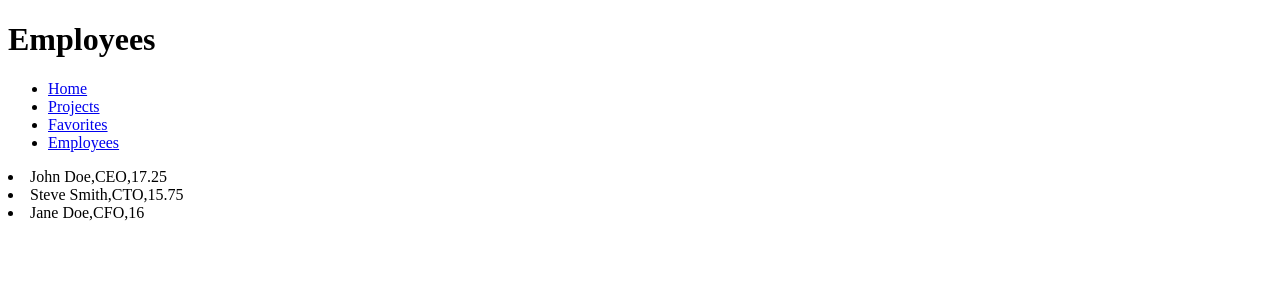
Repository: Kayla-amr/workApp
Page: client/employees.html
An editor plug-in stored every save of this project. The page is shown before and after a run of saves, followed by the edit.
The browser window is 1280 px wide. The pictures show the whole page.

Above is the page before, as saved 2023-12-04 06:08:57.
Console error: ReferenceError: employee is not defined

After the next 5 saves:
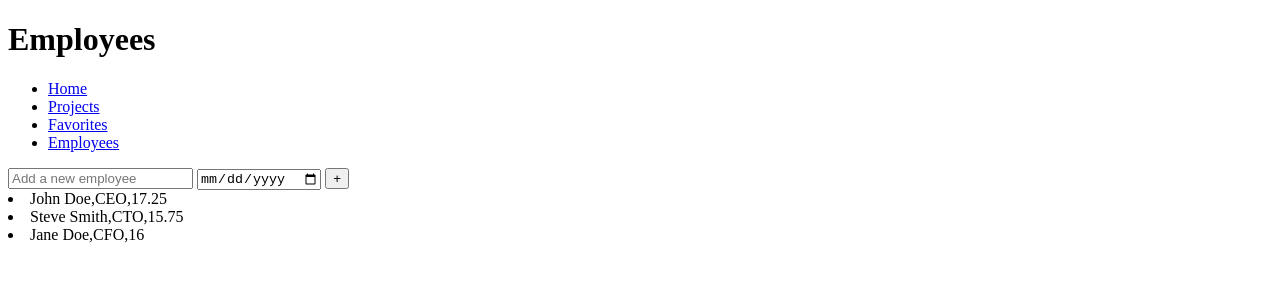
The 5 saves are shown as one change because they came seconds apart.
The last was saved 31 s later.
--- a/client/employees.html
+++ b/client/employees.html
@@ -17,7 +17,11 @@
                 <li><a href="./employees.html">Employees</a></li>
             </ul>
         </nav>
+        <div class="input">
+            <input class="userInput" type="text" placeholder="Add a new employee">
+            <input class="dateInput" type="date" placeholder="Date">
 
+            <button class="addInput">+</button>
         <div class="employee">
 
 
